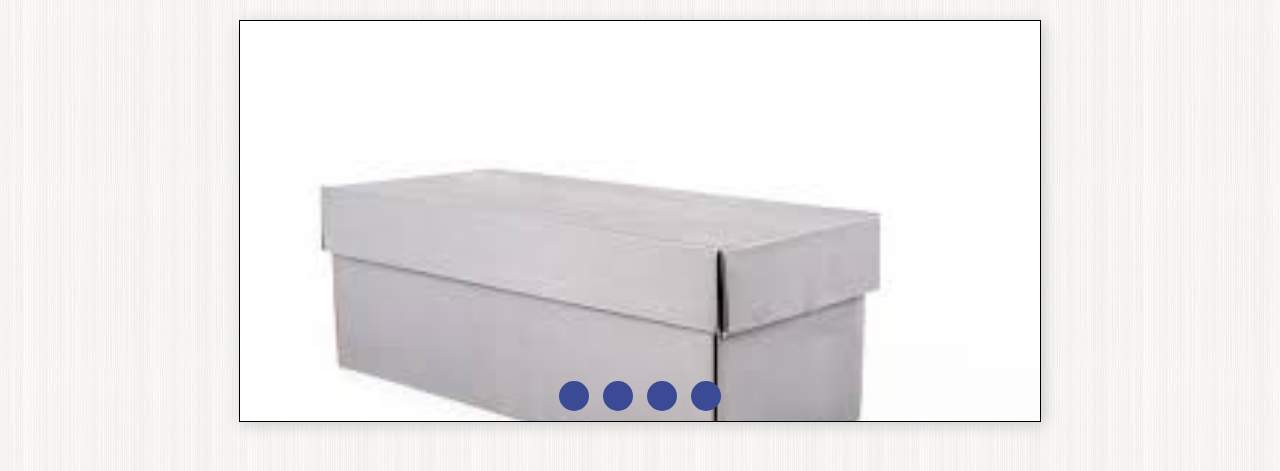
Repository: lauroPereira/study
Page: http://localhost/modules/home/home.php
These files come from the project's save history. The page is drawn as it stood at one moment and after the next save; the edit follows.
The browser window is 1280 px wide. The pictures show the whole page.
The page is run by PHP 8.4 with error messages shown; the project is at /var/www/html/.

Above is the page before, as saved 2016-06-14 05:06:13.

After the next save:
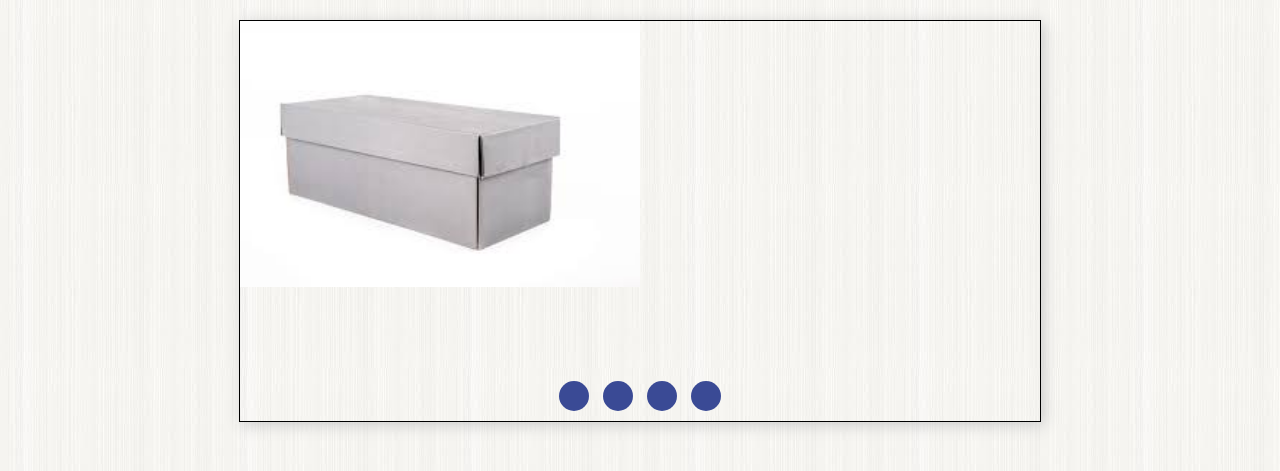
Saved 38 s later.
--- a/TrabalhoFinalWeb/css/home.css
+++ b/TrabalhoFinalWeb/css/home.css
@@ -9,7 +9,7 @@
 	vertical-align: bottom;
 	background-image: url("../../img/promo1.jpg");
 	background-repeat: no-repeat;
-	background-size: cover;
+	background-size: 400px;
 }
 
 #carousel div{
